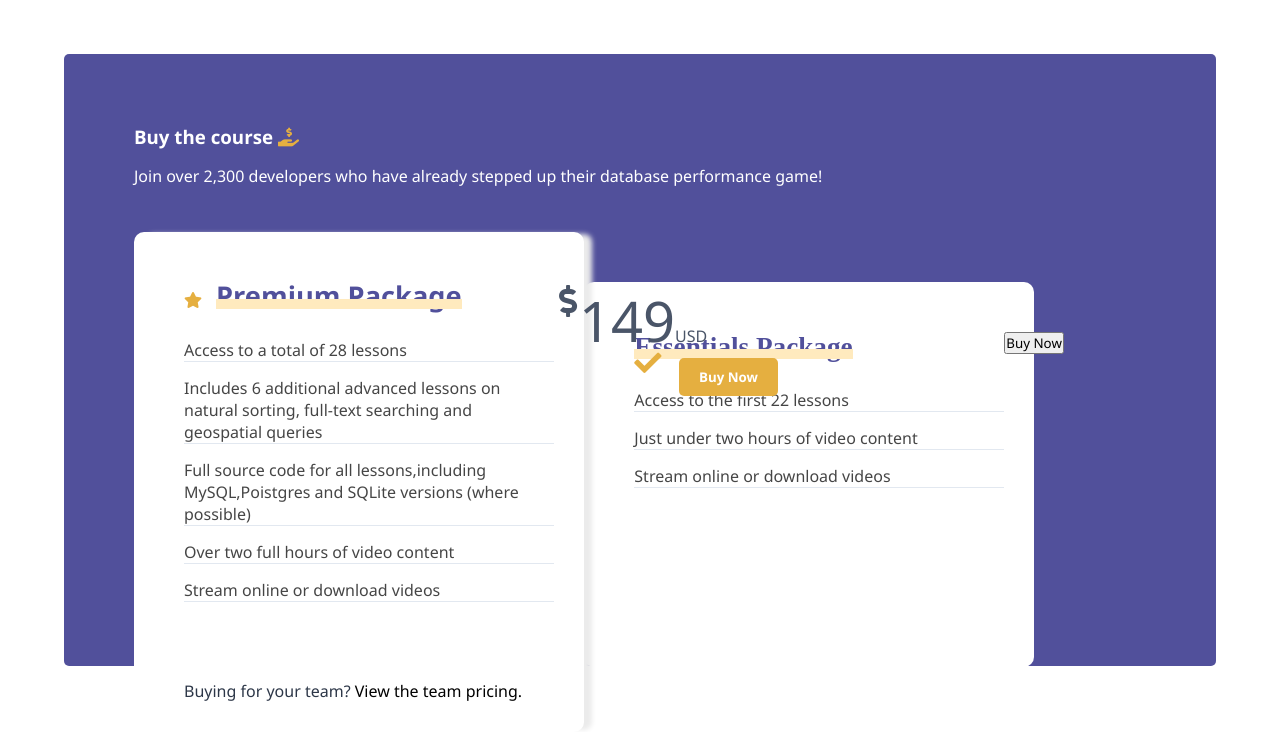
Repository: Z-ayat/Challenges
Page: Challenge 4/index.html
These files come from the project's save history. The page is drawn as it stood at one moment and after the next save; the edit follows.
The browser window is 1280 px wide. The pictures show the whole page.
Some web libraries are served in a nearby version.

Above is the page before, as saved 2021-09-07 02:56:32.

After the next save:
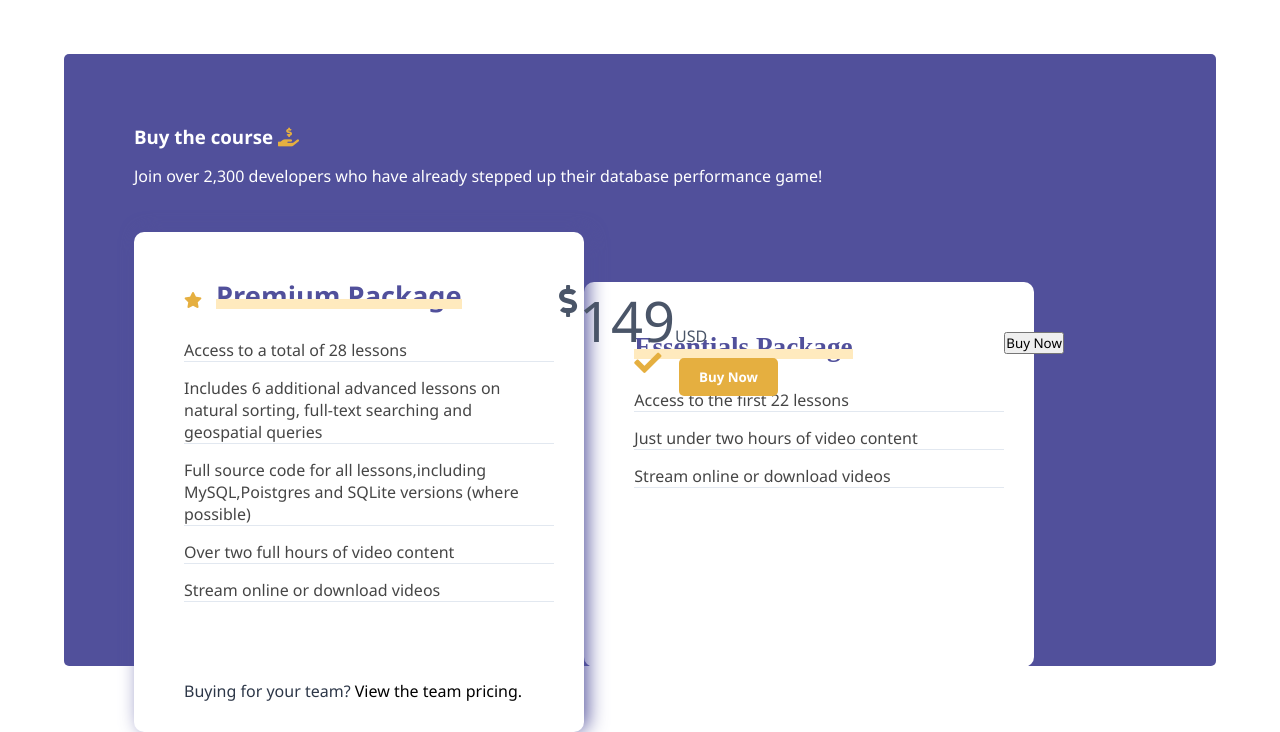
Saved 45 s later.
--- a/Challenge 4/styling/css/master.css
+++ b/Challenge 4/styling/css/master.css
@@ -88,7 +88,7 @@ body {
     grid-column-start: 1;
     grid-row-start: 2;
     z-index: 2;
-    box-shadow: 10px 0 5px -2px #EBEBEB;
+    box-shadow: 5px 0 20px -2px #51509b;
     -webkit-border-radius: 10px;
     -moz-border-radius: 10px;
     -ms-border-radius: 10px;
